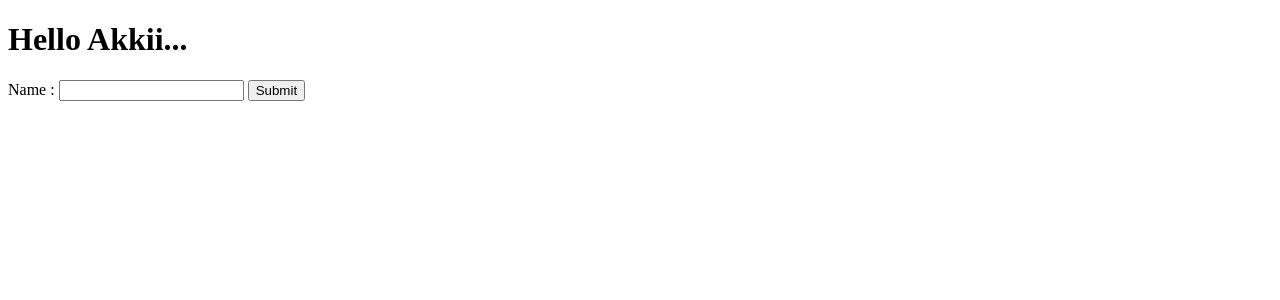
Repository: akshaybarge315/workspace
Page: J2EE/src/main/webapp/Index.html
These files come from the project's save history. The page is drawn as it stood at one moment and after the next save; the edit follows.
The browser window is 1280 px wide. The pictures show the whole page.

Above is the page before, as saved 2024-06-12 11:05:00.

### J2EE/src/main/webapp/Index.html
<!DOCTYPE html>
<html>
<head>
<meta charset="UTF-8">
<title>Insert title here</title>
</head>
<body>
	<h1>Hello Akkii...</h1>

	<form action="Serv1">
		Name : <input type="text" name="username">
		<input type="submit">
	</form>
</body>
</html>

After the next save:
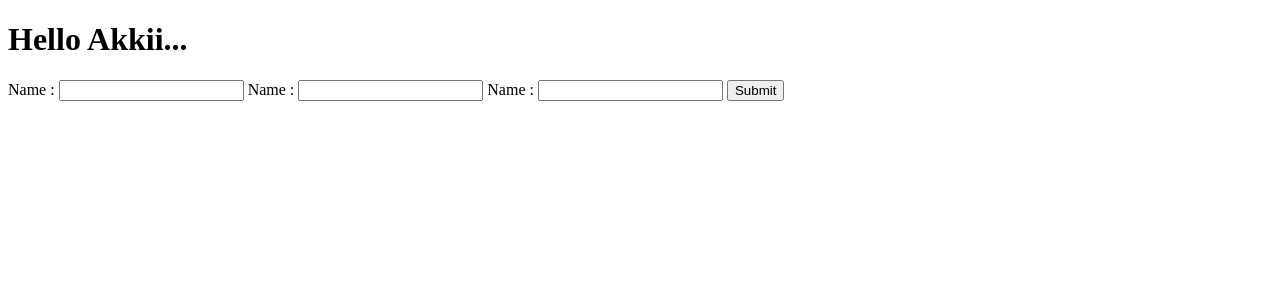
Saved 26 s later.
--- a/J2EE/src/main/webapp/Index.html
+++ b/J2EE/src/main/webapp/Index.html
@@ -9,6 +9,8 @@
 
 	<form action="Serv1">
 		Name : <input type="text" name="username">
+		Name : <input type="text" name="desig">
+		Name : <input type="text" name="ts">
 		<input type="submit">
 	</form>
 </body>
